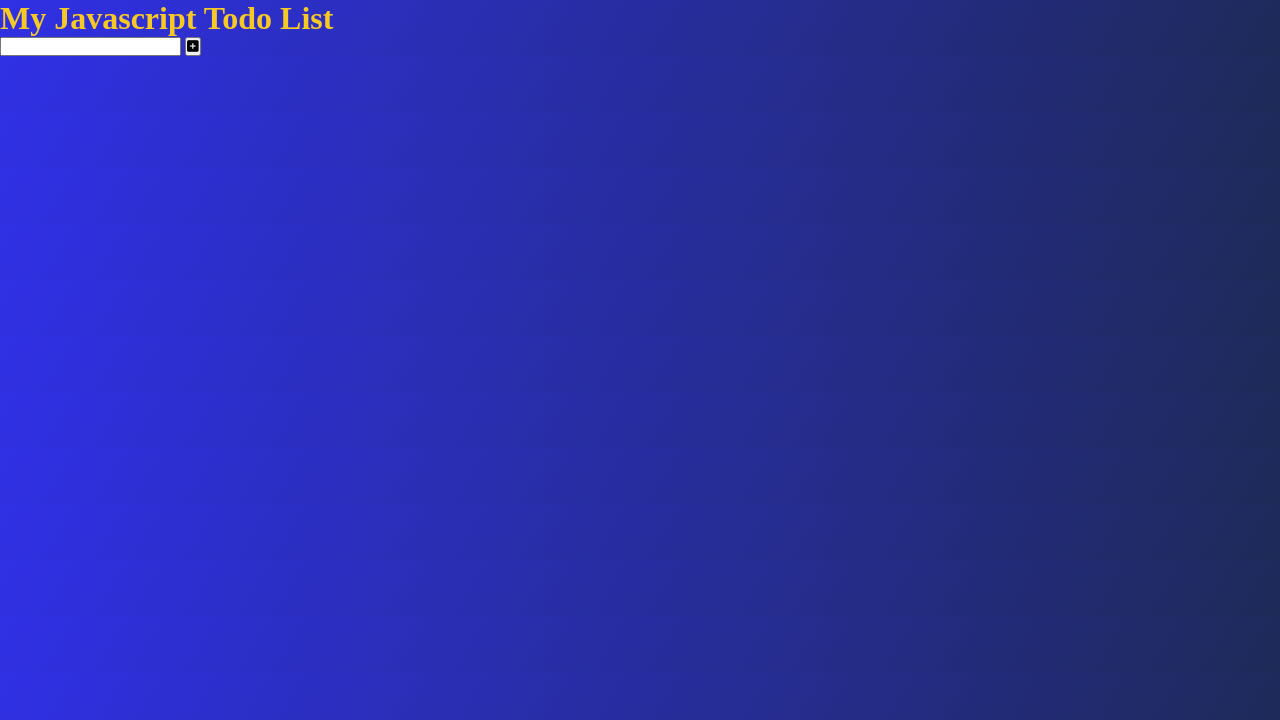
Repository: LuisMiLR/JavaScript-Todo-List
Page: index.html
The author's editor kept a copy of each file at every save. The page is drawn from the files as they stood at one save, then again after the next save.
The browser window is 1280 px wide. The pictures show the whole page.

Above is the page before, as saved 2023-05-01 13:29:01.

### index.html
<!DOCTYPE html>
<html lang="en">
<head>
    <meta charset="UTF-8">
    <meta http-equiv="X-UA-Compatible" content="IE=edge">
    <meta name="viewport" content="width=device-width, initial-scale=1.0">
    <title>My Javascript Todo List</title>
    <link rel="stylesheet" href="style.css">
    <link href="https://fonts.googleapis.com/css2?family=Orbitron:wght@400;700&family=Poppins:wght@200;400&display=swap" rel="stylesheet">
    <link rel="stylesheet" href="https://cdnjs.cloudflare.com/ajax/libs/font-awesome/6.4.0/css/all.min.css" integrity="sha512-iecdLmaskl7CVkqkXNQ/ZH/XLlvWZOJyj7Yy7tcenmpD1ypASozpmT/E0iPtmFIB46ZmdtAc9eNBvH0H/ZpiBw==" crossorigin="anonymous" referrerpolicy="no-referrer" />
</head>
<body>

    <header>
        <h1>My Javascript Todo List </h1>
    </header>
    <form>
        <input type="text" class="todo-input">
        <button class="todo-button" type="submit">
        <i class="fa-solid fa-square-plus"></i>
        </button>
    </form>
    <div class="todo-container">
        <ul class="todo-list">
        </ul>
    </div>


</body>
</html>

### style.css
*{
    margin: 0;
    padding: 0;
    box-sizing: border-box;
}

body {
    background-image: linear-gradient(120deg, #3030e5,#1e2a58);
    color: rgb(247, 201, 37);

}

After the next save:
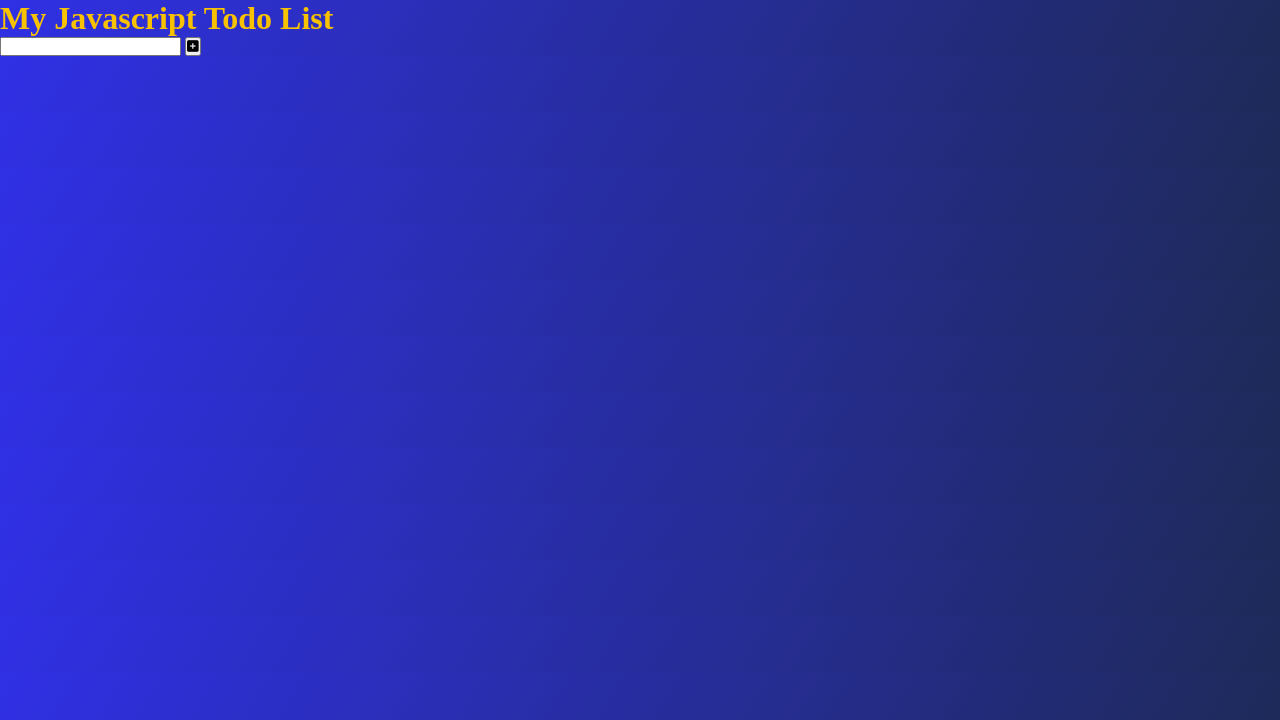
Saved 14 s later.
--- a/style.css
+++ b/style.css
@@ -6,6 +6,6 @@
 
 body {
     background-image: linear-gradient(120deg, #3030e5,#1e2a58);
-    color: rgb(247, 201, 37);
+    color: rgb(248, 194, 0);
 
 }
